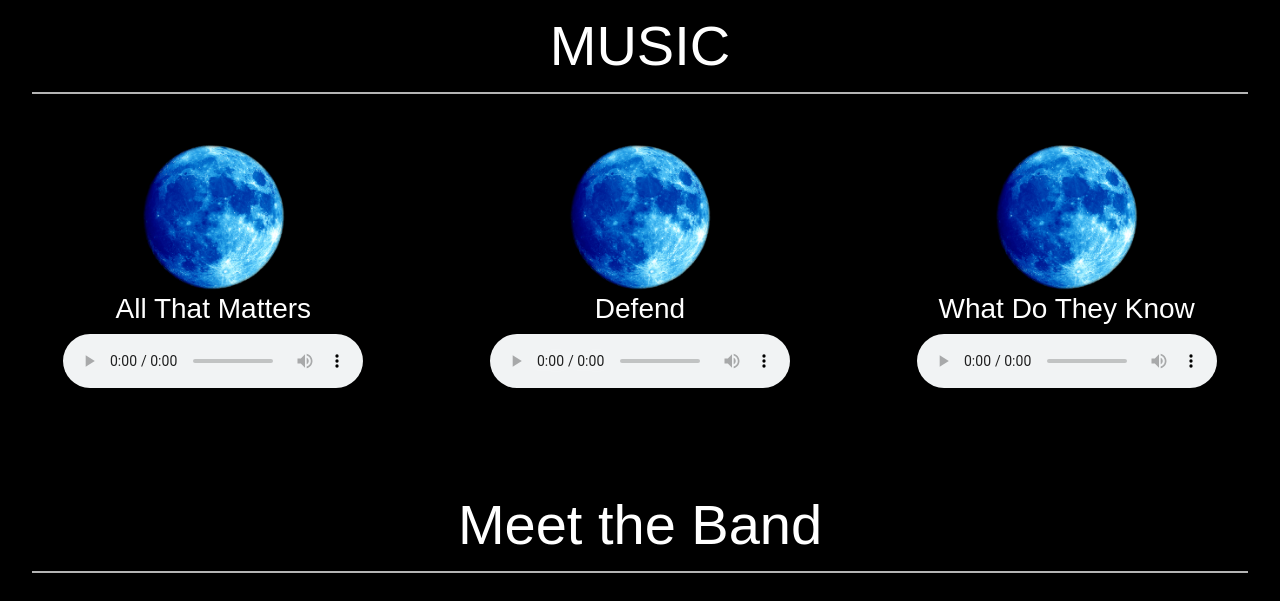
Repository: Skillabill/pale_blue_moon
Page: index.html
The author's editor kept a record of every edit. The page is drawn from the files as they stood at one moment, then again after the next edit.
The browser window is 1280 px wide. The pictures show the part of the page from y = 1026 to 1627 px (the page is 3271 px tall before and 3273 px after).
A picture or video elsewhere on the page could not be fetched, so the positions and the page height are approximate. Some web fonts or font styles are not loaded; a fallback is used. Some web libraries are served in a nearby version.

Above is the page before.

After the next edit:
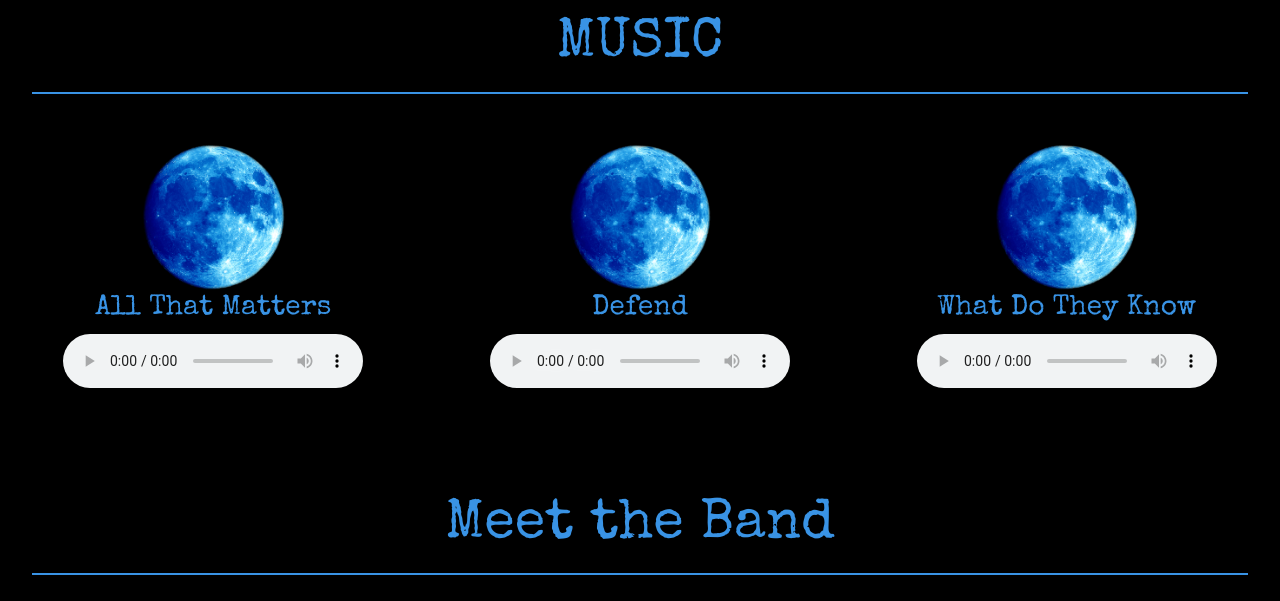
The edit:
--- a/assets/css/style.css
+++ b/assets/css/style.css
@@ -39,7 +39,7 @@
     border: none;
 }
 
-.pbm{
+.pbm {
     font-family: 'Special Elite', cursive;
     color: #3993E5;
 }
@@ -99,9 +99,10 @@
     padding: 20px;
     margin-top: 100px;
     margin-bottom: 100px;
-    border:2px solid #fff;
-
-}
+    border: 2px solid #fff;
+
+}
+
 /*------------- SONGS -----------------------*/
 
 .songs {
@@ -150,7 +151,7 @@
 }
 
 .welcome hr {
-    border-top: 2px solid #b4b4b4;
+    border-top: 2px solid #3993E5;
     width: 95%;
     margin-top: .3rem;
     margin-bottom: 1rem;
@@ -171,7 +172,8 @@
 
 .band-bg {
     background-color: #000;
-    color: #fff;
+    color: #3993E5;
+    font-family: 'Special Elite', cursive;
 }
 
 .band-bg-1 {
